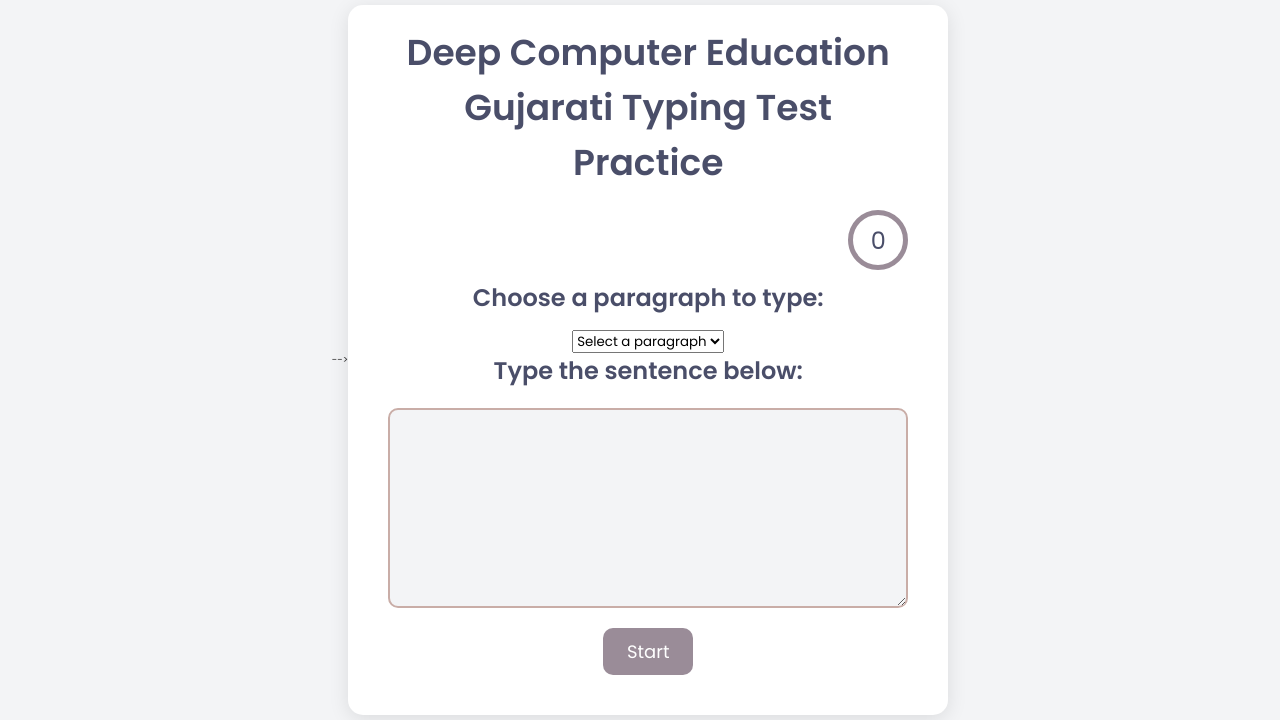
Repository: ssj27072002/Gujarati-typing-test
Page: typingGame/index.html
The author's editor kept a copy of each file at every save. The page is drawn from the files as they stood at one save, then again after a run of saves.
The browser window is 1280 px wide. The pictures show the whole page.

Above is the page before, as saved 2024-06-12 12:15:39.

### typingGame/index.html
<!-- <!DOCTYPE html>
<html lang="en">
<head>
    <meta charset="UTF-8">
    <title>Gujarati Typing Test</title>
    <link rel="stylesheet" href="css/style.css">
</head>
<body>
    <div class="typing-section">
        <h1>Deep Computer Education Gujarati Typing Test Practice</h1>
        <div class="timer-div">
            <div id="show-time">0</div>
        </div>
        <h2>Type the sentence below:</h2>
        <div id="showSentence">ગાંધીનગર ગુજરાતની રાજધાની છે. આ શહેરમાં મોટા પ્રમાણમાં સરકારી કાર્યાલયો અને ઔદ્યોગિક ક્ષેત્ર છે. અમદાવાદ, જે ગુજરાતનું સૌથી મોટું શહેર છે, તેનું એક મહત્વનું ઐતિહાસિક અને આર્થિક કેન્દ્ર છે. અમદાવાદની સુંદર નદી સાબરમતીના કાંઠે બનેલું સાબરમતી આશ્રમ મહાત્મા ગાંધીજીની યાદ અપાવે છે.</div>
        <textarea id="textarea" disabled></textarea>
        <button id="btn">Start</button>
        <div id="score"></div>
    </div>

<!-- <section class="main-body"> -->
    <!-- <h2>typing Speed test</h2> -->

     <!-- <div class="timer-div"> -->
        <!-- <p id="show-time"></p> -->
     <!-- </div> -->

    <!-- <p id="showSentence"></p> -->

    <!-- <div class="typing_section">
        <label for="textarea"></label>
        <textarea name="textarea" id="textarea" cols="30" rows="10" disabled></textarea>
        <br>
        <button id="btn">Start</button>
    </div> -->

    <!-- <p id="score"></p>
</section> -->

<!-- <script src="js/index.js"></script>
</body>
</html> --> -->

<!DOCTYPE html>
<html lang="en">
<head>
    <meta charset="UTF-8">
    <title>Gujarati Typing Test</title>
    <link rel="stylesheet" href="css/style.css">
</head>
<body>
    <div class="typing-section">
        <h1>Deep Computer Education Gujarati Typing Test Practice</h1>
        <div class="timer-div">
            <div id="show-time">0</div>
        </div>
        <h2>Choose a paragraph to type:</h2>
        <select id="paragraphSelector">
            <option value="">Select a paragraph</option>
            <option value="1">Paragraph 1</option>
            <option value="2">Paragraph 2</option>
            <option value="3">Paragraph 3</option>
        </select>
        <h2>Type the sentence below:</h2>
        <div id="showSentence"></div>
        <textarea id="textarea" disabled></textarea>
        <button id="btn">Start</button>
        <div id="score"></div>
    </div>

<script src="js/index.js"></script>
</body>
</html>

### typingGame/css/style.css
/* @import url('https://fonts.googleapis.com/css2?family=Josefin+Sans:wght@400;600;700&family=Lexend+Deca:wght@100;200;300;400;500;600;700&family=Poppins:wght@300;400;600&display=swap');

*{
    margin: 0;
    padding: 0;
    box-sizing: border-box;
    font-family: 'Poppins', sans-serif;
}

html{
    font-size: 62.5%;
}

body{
    height: 100vh;
    display: flex;
    justify-content: center;
    align-items: center;
    background-color: rgba(191, 172, 226, 0.35);
}

.typing-section{
    text-align: center;
}

#textarea{
    border: .1rem solid #A084DC;
    border-radius: 1rem;
    max-width: 50rem;
    width: 50rem;
    height: 20rem;
    padding: 1rem 2rem;
    font-size: 1.6rem;
}

#btn{
    display: inline-block;
    padding: 1rem 2.4rem;
    border: none;
    border-radius: 1rem;
    background-color: #645CBB;
    color: #fff;
    font-size: 1.8rem;
    margin-top: 1.6rem;
}

h2{
    font-size: 2.4rem;
    text-transform: capitalize;
    color: #645CBB;
    text-align: center;
}

#showSentence, #score{
    font-size: 1.6rem;
    margin: 2rem 0;
    letter-spacing: .02rem;
    text-align: center;
}

.timer-div{
    width: 100%;
    text-align: right;
    display: flex;
    justify-content: flex-end;
}

#show-time{
    font-size: 2.4rem;
    padding: 1.5rem;
    text-align: right;
    width: 6rem;
    place-items: center;
    display: flex;
    justify-content: center;
    align-items: center;
    border-radius: 50%;
    border: .5rem solid #645CBB;
} */

@import url('https://fonts.googleapis.com/css2?family=Josefin+Sans:wght@400;600;700&family=Lexend+Deca:wght@100;200;300;400;500;600;700&family=Poppins:wght@300;400;600&display=swap');

* {
    margin: 0;
    padding: 0;
    box-sizing: border-box;
    font-family: 'Poppins', sans-serif;
}

html {
    font-size: 62.5%;
}

body {
    height: 100vh;
    display: flex;
    justify-content: center;
    align-items: center;
    background-color: #f3f4f6;
    color: #333;
}

.typing-section {
    text-align: center;
    background: #fff;
    border-radius: 1.5rem;
    box-shadow: 0 4px 20px rgba(0, 0, 0, 0.1);
    padding: 2rem 4rem;
    max-width: 60rem;
    width: 100%;
}

.typing-section h1 {
    font-size: 3.6rem;
    color: #4a4e69;
    margin-bottom: 2rem;
    text-transform: capitalize;
    font-weight: 700;
}

#textarea {
    border: .2rem solid #c9ada7;
    border-radius: 1rem;
    max-width: 100%;
    width: 100%;
    height: 20rem;
    padding: 1rem 2rem;
    font-size: 1.6rem;
    color: #333;
    background: #f3f4f6;
    outline: none;
    transition: border-color 0.3s ease;
}

#textarea:focus {
    border-color: #9a8c98;
}

#btn {
    display: inline-block;
    padding: 1rem 2.4rem;
    border: none;
    border-radius: 1rem;
    background-color: #9a8c98;
    color: #fff;
    font-size: 1.8rem;
    margin-top: 2rem;
    cursor: pointer;
    transition: background-color 0.3s ease;
}

#btn:hover {
    background-color: #6d6875;
}

h2 {
    font-size: 2.4rem;
    color: #4a4e69;
    text-align: center;
    margin-bottom: 1.5rem;
}

#showSentence, #score {
    font-size: 1.8rem;
    margin: 2rem 0;
    letter-spacing: .02rem;
    text-align: center;
    color: #4a4e69;
}

.timer-div {
    width: 100%;
    text-align: right;
    display: flex;
    justify-content: flex-end;
    margin-bottom: 1rem;
}

#show-time {
    font-size: 2.4rem;
    padding: 1.5rem;
    text-align: center;
    width: 6rem;
    height: 6rem;
    display: flex;
    justify-content: center;
    align-items: center;
    border-radius: 50%;
    border: .5rem solid #9a8c98;
    color: #4a4e69;
    background: #fff;
}




/* @import url('https://fonts.googleapis.com/css2?family=Josefin+Sans:wght@400;600;700&family=Lexend+Deca:wght@100;200;300;400;500;600;700&family=Poppins:wght@300;400;600&display=swap');

* {
    margin: 0;
    padding: 0;
    box-sizing: border-box;
    font-family: 'Poppins', sans-serif;
}

html {
    font-size: 62.5%;
}

body {
    height: 100vh;
    display: flex;
    justify-content: center;
    align-items: center;
    background-color: #f3f4f6;
    color: #333;
}

.typing-section {
    text-align: center;
    background: #fff;
    border-radius: 1.5rem;
    box-shadow: 0 4px 20px rgba(0, 0, 0, 0.1);
    padding: 2rem 4rem;
    max-width: 60rem;
    width: 100%;
}

.typing-section h1 {
    font-size: 3.6rem;
    color: #4a4e69;
    margin-bottom: 2rem;
    text-transform: capitalize;
    font-weight: 700;
}

#textarea {
    border: .2rem solid #c9ada7;
    border-radius: 1rem;
    max-width: 100%;
    width: 100%;
    height: 20rem;
    padding: 1rem 2rem;
    font-size: 1.6rem;
    color: #333;
    background: #f3f4f6;
    outline: none;
    transition: border-color 0.3s ease;
    margin-bottom: 2rem;
}

#textarea:focus {
    border-color: #9a8c98;
}

#btn {
    display: inline-block;
    padding: 1rem 2.4rem;
    border: none;
    border-radius: 1rem;
    background-color: #9a8c98;
    color: #fff;
    font-size: 1.8rem;
    margin-top: 2rem;
    cursor: pointer;
    transition: background-color 0.3s ease;
}

#btn:hover {
    background-color: #6d6875;
}

h2 {
    font-size: 2.4rem;
    color: #4a4e69;
    text-align: center;
    margin-bottom: 1.5rem;
}

#showSentence, #score {
    font-size: 1.6rem;
    margin: 2rem 0;
    letter-spacing: .02rem;
    text-align: center;
    color: #4a4e69;
}

.timer-div {
    width: 100%;
    text-align: right;
    display: flex;
    justify-content: flex-end;
    margin-bottom: 1rem;
}

#show-time {
    font-size: 2.4rem;
    padding: 1.5rem;
    text-align: center;
    width: 6rem;
    height: 6rem;
    display: flex;
    justify-content: center;
    align-items: center;
    border-radius: 50%;
    border: .5rem solid #9a8c98;
    color: #4a4e69;
    background: #fff;
}
#paragraphSelector{
    font-size: 1.6rem;
    margin: 2rem 0;
    letter-spacing: .02rem;
    text-align: center;
    color: #4a4e69;

}
 */

### typingGame/js/index.js
// // //  (actualWords / totalTimeTaken) * 60;

// // const typing_ground = document.querySelector('#textarea');
// // const btn = document.querySelector('#btn');
// // const score = document.querySelector('#score');
// // const show_sentence = document.querySelector('#showSentence');
// // const show_time = document.querySelector('#show-time');

// // let startTime, endTime, totalTimeTaken, sentence_to_write;


// // const sentences = [' વેબસાઇટ એ એક  સદકએ જારીઆ છે. અમે આશા રાખીએ છીએ કે ગુજરાતી કુરઆન દરેકને વાંચવું, અધ્યયન (અભ્યાસ) કરવું અને શીખવું સરળ બનાવ્યું.',
// //     ' વેબસાઇટ એ એક  સદકએ જારીઆ છે. અમે આશા રાખીએ છીએ કે ગુજરાતી કુરઆન દરેકને વાંચવું, અધ્યયન (અભ્યાસ) કરવું અને શીખવું સરળ બનાવ્યું.',
// //     ' વેબસાઇટ એ એક  સદકએ જારીઆ છે. અમે આશા રાખીએ છીએ કે ગુજરાતી કુરઆન દરેકને વાંચવું, અધ્યયન (અભ્યાસ) કરવું અને શીખવું સરળ બનાવ્યું.']

// // // step 5

// // const calculateTypingSpeed = (time_taken) => {
// //     let  totalWords = typing_ground.value.trim();
// //     let actualWords = totalWords === '' ? 0 : totalWords.split(" ");

// //     actualWords=errorChecking(actualWords);

// //     if(actualWords !== 0) {
// //         let typing_speed  =  (actualWords / time_taken) * 60;
// //         typing_speed = Math.round(typing_speed);
// //         score.innerHTML = `Your typing speed is ${typing_speed} words per minutes & you wrote ${actualWords} correct words out of ${sentence_to_write.length} words & time taken ${time_taken} sec`;
// //     }else{
// //         score.innerHTML = `Your typing speed is 0 words per minutes & time taken ${time_taken} sec`;
// //     }
// // }

// // // step 4
// // const endTypingTest = () => {
// //     btn.innerText = "Start";
// //     showTimer();
// //     let date = new Date();
// //     endTime = date.getTime();

// //     totalTimeTaken = (endTime -startTime) / 1000;

// //     // console.log(totalTimeTaken);

// //     calculateTypingSpeed(totalTimeTaken);

// //     show_sentence.innerHTML = "";
// //     typing_ground.value = "";
// // }

// // //step 6
// // let intervalID, elapsedTime=0;

// // const showTimer=() => {
// //     if(btn.innerText ==="Done"){
// //         intervalID = setInterval(() =>{
// //             elapsedTime++;
// //             show_time.innerHTML = elapsedTime;
// //         },1000)

// //     }else if(btn.innerText ==="Start"){
// //         elapsedTime=0;
// //         clearInterval(intervalID);
// //         show_time.innerHTML ="";
// //     }
// // }

// // //step 7
// // const errorChecking=() => {
// //       let num=0;
// //       sentence_to_write = show_sentence.innerHTML;
// //       sentence_to_write = sentence_to_write.trim().split(" ")

// //       for(let i=0; i<words.length;i++){
// //         if(words[i]=== sentence_to_write[i]){
// //             num++
// //         }
// //       }
// //     return num;
// // }



// // // step 3
// // const startTyping = () => {
// //     let randomNumber = Math.floor(Math.random() * sentences.length);
// //     // console.log(randomNumber);
// //     show_sentence.innerHTML = sentences[randomNumber];

// //     let date = new Date();
// //     startTime = date.getTime();

// //     btn.innerText = "Done";

// //     showTimer();
// // }




// // // step 2
// // btn.addEventListener('click', () => {
// //     switch (btn.innerText.toLowerCase()) {
// //         case "start":
// //             typing_ground.removeAttribute('disabled');
// //             startTyping();
// //             break;

// //         case "done":
// //             typing_ground.setAttribute('disabled' , 'true');
// //             endTypingTest();
// //             break;
// //     }
// // })
// const typing_ground = document.querySelector('#textarea');
// const btn = document.querySelector('#btn');
// const score = document.querySelector('#score');
// const show_sentence = document.querySelector('#showSentence');
// const show_time = document.querySelector('#show-time');

// let startTime, endTime, totalTimeTaken, sentence_to_write;

// const sentences = [
//     ' વેબસાઇટ એ એક  સદકએ જારીઆ છે. અમે આશા રાખીએ છીએ કે ગુજરાતી કુરઆન દરેકને વાંચવું, અધ્યયન (અભ્યાસ) કરવું અને શીખવું સરળ બનાવ્યું.',
//     ' વેબસાઇટ એ એક  સદકએ જારીઆ છે. અમે આશા રાખીએ છીએ કે ગુજરાતી કુરઆન દરેકને વાંચવું, અધ્યયન (અભ્યાસ) કરવું અને શીખવું સરળ બનાવ્યું.',
//     ' વેબસાઇટ એ એક  સદકએ જારીઆ છે. અમે આશા રાખીએ છીએ કે ગુજરાતી કુરઆન દરેકને વાંચવું, અધ્યયન (અભ્યાસ) કરવું અને શીખવું સરળ બનાવ્યું.'
// ];

// const calculateTypingSpeed = (time_taken) => {
//     let totalWords = typing_ground.value.trim();
//     let actualWordsArray = totalWords === '' ? 0 : totalWords.split(" ");
//     let correctWords = errorChecking(actualWordsArray);

//     if (correctWords !== 0) {
//         let typing_speed = (correctWords / time_taken) * 60;
//         typing_speed = Math.round(typing_speed);
//         score.innerHTML = `Your typing speed is ${typing_speed} words per minute & you wrote ${correctWords} correct words out of ${sentence_to_write.length} words & time taken ${time_taken} sec`;
//     } else {
//         score.innerHTML = `Your typing speed is 0 words per minute & time taken ${time_taken} sec`;
//     }
// };

// const endTypingTest = () => {
//     btn.innerText = "Start";
//     showTimer();
//     let date = new Date();
//     endTime = date.getTime();

//     totalTimeTaken = (endTime - startTime) / 1000;

//     calculateTypingSpeed(totalTimeTaken);

//     show_sentence.innerHTML = "";
//     typing_ground.value = "";
// };

// let intervalID, elapsedTime = 0;

// const showTimer = () => {
//     if (btn.innerText === "Done") {
//         intervalID = setInterval(() => {
//             elapsedTime++;
//             show_time.innerHTML = elapsedTime;
//         }, 1000);
//     } else if (btn.innerText === "Start") {
//         elapsedTime = 0;
//         clearInterval(intervalID);
//         show_time.innerHTML = "";
//     }
// };

// const errorChecking = (userWords) => {
//     let num = 0;
//     sentence_to_write = show_sentence.innerHTML.trim().split(" ");

//     for (let i = 0; i < userWords.length; i++) {
//         if (userWords[i] === sentence_to_write[i]) {
//             num++;
//         }
//     }
//     return num;
// };

// const startTyping = () => {
//     let randomNumber = Math.floor(Math.random() * sentences.length);
//     show_sentence.innerHTML = sentences[randomNumber];

//     let date = new Date();
//     startTime = date.getTime();

//     btn.innerText = "Done";

//     showTimer();
// };

// btn.addEventListener('click', () => {
//     switch (btn.innerText.toLowerCase()) {
//         case "start":
//             typing_ground.removeAttribute('disabled');
//             startTyping();
//             break;
//         case "done":
//             typing_ground.setAttribute('disabled', 'true');
//             endTypingTest();
//             break;
//     }
// });

// const typing_ground = document.querySelector('#textarea');
// const btn = document.querySelector('#btn');
// const score = document.querySelector('#score');
// const show_sentence = document.querySelector('#showSentence');
// const show_time = document.querySelector('#show-time');

// let startTime, endTime, totalTimeTaken, sentence_to_write;

// const sentences = [
//     'ગાંધીનગર ગુજરાતની રાજધાની છે. આ શહેરમાં મોટા પ્રમાણમાં સરકારી કાર્યાલયો અને ઔદ્યોગિક ક્ષેત્ર છે. અમદાવાદ, જે ગુજરાતનું સૌથી મોટું શહેર છે, તેનું એક મહત્વનું ઐતિહાસિક અને આર્થિક કેન્દ્ર છે. અમદાવાદની સુંદર નદી સાબરમતીના કાંઠે બનેલું સાબરમતી આશ્રમ મહાત્મા ગાંધીજીની યાદ અપાવે છે.',
// ];

// const calculateTypingSpeed = (time_taken) => {
//     let totalWords = typing_ground.value.trim();
//     let actualWordsArray = totalWords === '' ? [] : totalWords.split(/\s+/);
//     let correctWords = errorChecking(actualWordsArray);

//     if (correctWords !== 0) {
//         let typing_speed = (correctWords / time_taken) * 60;
//         typing_speed = Math.round(typing_speed);
//         score.innerHTML = `Your typing speed is ${typing_speed} words per minute & you wrote ${correctWords} correct words out of ${sentence_to_write.length} words & time taken ${time_taken} sec`;
//     } else {
//         score.innerHTML = `Your typing speed is 0 words per minute & time taken ${time_taken} sec`;
//     }
// };

// const endTypingTest = () => {
//     btn.innerText = "Start";
//     clearInterval(intervalID);
//     let date = new Date();
//     endTime = date.getTime();

//     totalTimeTaken = (endTime - startTime) / 1000;

//     calculateTypingSpeed(totalTimeTaken);

//     show_sentence.innerHTML = "";
//     typing_ground.value = "";
// };

// let intervalID, elapsedTime = 0;

// const showTimer = () => {
//     if (btn.innerText === "Done") {
//         intervalID = setInterval(() => {
//             elapsedTime++;
//             show_time.innerHTML = elapsedTime;
//         }, 1000);
//     } else if (btn.innerText === "Start") {
//         elapsedTime = 0;
//         clearInterval(intervalID);
//         show_time.innerHTML = "";
//     }
// };

// const errorChecking = (userWords) => {
//     let num = 0;
//     sentence_to_write = show_sentence.innerHTML.trim().split(/\s+/);

//     for (let i = 0; i < userWords.length; i++) {
//         if (userWords[i] === sentence_to_write[i]) {
//             num++;
//         }
//     }
//     return num;
// };

// const startTyping = () => {
//     let randomNumber = Math.floor(Math.random() * sentences.length);
//     show_sentence.innerHTML = sentences[randomNumber];

//     let date = new Date();
//     startTime = date.getTime();

//     btn.innerText = "Done";

//     showTimer();
// };

// btn.addEventListener('click', () => {
//     switch (btn.innerText.toLowerCase()) {
//         case "start":
//             typing_ground.removeAttribute('disabled');
//             startTyping();
//             break;
//         case "done":
//             typing_ground.setAttribute('disabled', 'true');
//             endTypingTest();
//             break;
//     }
// });

const typing_ground = document.querySelector('#textarea');
const btn = document.querySelector('#btn');
const score = document.querySelector('#score');
const show_sentence = document.querySelector('#showSentence');
const show_time = document.querySelector('#show-time');
const paragraphSelector = document.getElementById('paragraphSelector');

let startTime, endTime, totalTimeTaken, sentence_to_write;

const paragraphs = {
    1: 'ગાંધીનગર ગુજરાતની રાજધાની છે. આ શહેરમાં મોટા પ્રમાણમાં સરકારી કાર્યાલયો અને ઔદ્યોગિક ક્ષેત્ર છે. અમદાવાદ, જે ગુજરાતનું સૌથી મોટું શહેર છે, તેનું એક મહત્વનું ઐતિહાસિક અને આર્થિક કેન્દ્ર છે. અમદાવાદની સુંદર નદી સાબરમતીના કાંઠે બનેલું સાબરમતી આશ્રમ મહાત્મા ગાંધીજીની યાદ અપાવે છે.',
    2: 'સૂરત એક મહત્વપૂર્ણ વ્યાપારી શહેર છે, જે પોતાના હીરાના વેપાર અને કાપડ ઉદ્યોગ માટે જાણીતું છે. આ શહેરમાં ઘણા સુંદર બાગો અને મલ્ટીપ્લેક્સ સિનેમા છે.',
    3: 'વડોદરા શહેર એ પોતાના સંસ્કૃતિક અને શૈક્ષણિક કેન્દ્ર માટે જાણીતું છે. આ શહેરમાં ઘણા મ્યુઝિયમ્સ, પાર્ક્સ અને શૈક્ષણિક સંસ્થાઓ છે.'
};

const calculateTypingSpeed = (time_taken) => {
    let totalWords = typing_ground.value.trim();
    let actualWordsArray = totalWords === '' ? [] : totalWords.split(/\s+/);
    let correctWords = errorChecking(actualWordsArray);

    if (correctWords !== 0) {
        let typing_speed = (correctWords / time_taken) * 60;
        typing_speed = Math.round(typing_speed);
        score.innerHTML = `Your typing speed is ${typing_speed} words per minute & you wrote ${correctWords} correct words out of ${sentence_to_write.length} words & time taken ${time_taken} sec`;
    } else {
        score.innerHTML = `Your typing speed is 0 words per minute & time taken ${time_taken} sec`;
    }
};

const endTypingTest = () => {
    btn.innerText = "Start";
    clearInterval(intervalID);
    let date = new Date();
    endTime = date.getTime();

    totalTimeTaken = (endTime - startTime) / 1000;

    calculateTypingSpeed(totalTimeTaken);

    show_sentence.innerHTML = "";
    typing_ground.value = "";
};

let intervalID, elapsedTime = 0;

const showTimer = () => {
    if (btn.innerText === "Done") {
        intervalID = setInterval(() => {
            elapsedTime++;
            show_time.innerHTML = elapsedTime;
        }, 1000);
    } else if (btn.innerText === "Start") {
        elapsedTime = 0;
        clearInterval(intervalID);
        show_time.innerHTML = "";
    }
};

const errorChecking = (userWords) => {
    let num = 0;
    sentence_to_write = show_sentence.innerHTML.trim().split(/\s+/);

    for (let i = 0; i < userWords.length; i++) {
        if (userWords[i] === sentence_to_write[i]) {
            num++;
        }
    }
    return num;
};

const startTyping = () => {
    let selectedValue = paragraphSelector.value;
    if (selectedValue) {
        show_sentence.innerHTML = paragraphs[selectedValue];
        let date = new Date();
        startTime = date.getTime();
        btn.innerText = "Done";
        showTimer();
    } else {
        alert("Please select a paragraph first!");
    }
};

btn.addEventListener('click', () => {
    switch (btn.innerText.toLowerCase()) {
        case "start":
            typing_ground.removeAttribute('disabled');
            startTyping();
            break;
        case "done":
            typing_ground.setAttribute('disabled', 'true');
            endTypingTest();
            break;
    }
});

paragraphSelector.addEventListener("change", function() {
    show_sentence.innerHTML = "";
    typing_ground.value = "";
    typing_ground.setAttribute('disabled', 'true');
    btn.innerText = "Start";
    elapsedTime = 0;
    clearInterval(intervalID);
    show_time.innerHTML = "0";
    score.innerHTML = "";
});

After the next 2 saves:
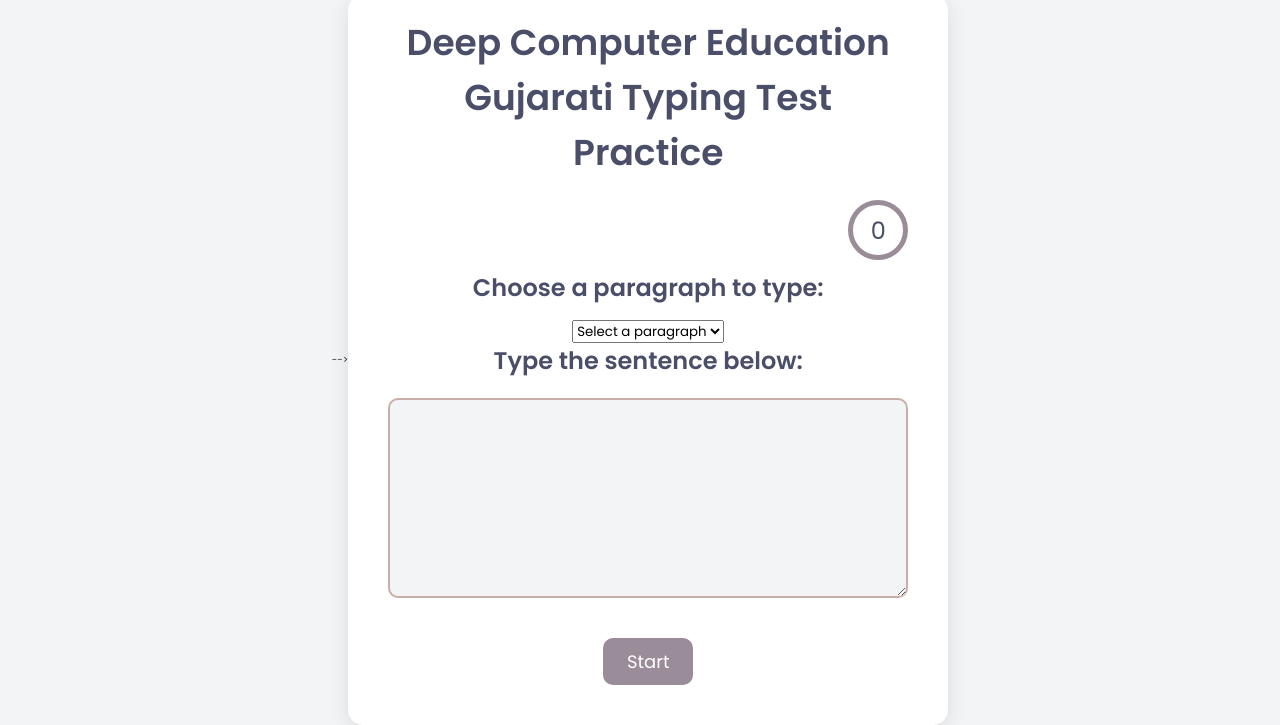
The 2 saves are shown as one change because they came seconds apart.
The last was saved 31 s later.
--- a/typingGame/css/style.css
+++ b/typingGame/css/style.css
@@ -78,7 +78,7 @@
     border: .5rem solid #645CBB;
 } */
 
-@import url('https://fonts.googleapis.com/css2?family=Josefin+Sans:wght@400;600;700&family=Lexend+Deca:wght@100;200;300;400;500;600;700&family=Poppins:wght@300;400;600&display=swap');
+/* @import url('https://fonts.googleapis.com/css2?family=Josefin+Sans:wght@400;600;700&family=Lexend+Deca:wght@100;200;300;400;500;600;700&family=Poppins:wght@300;400;600&display=swap');
 
 * {
     margin: 0;
@@ -189,12 +189,12 @@
     border: .5rem solid #9a8c98;
     color: #4a4e69;
     background: #fff;
-}
-
-
-
-
-/* @import url('https://fonts.googleapis.com/css2?family=Josefin+Sans:wght@400;600;700&family=Lexend+Deca:wght@100;200;300;400;500;600;700&family=Poppins:wght@300;400;600&display=swap');
+} */
+
+
+
+
+@import url('https://fonts.googleapis.com/css2?family=Josefin+Sans:wght@400;600;700&family=Lexend+Deca:wght@100;200;300;400;500;600;700&family=Poppins:wght@300;400;600&display=swap');
 
 * {
     margin: 0;
@@ -308,11 +308,6 @@
     background: #fff;
 }
 #paragraphSelector{
-    font-size: 1.6rem;
-    margin: 2rem 0;
-    letter-spacing: .02rem;
-    text-align: center;
-    color: #4a4e69;
-
-}
- */
+
+
+}
